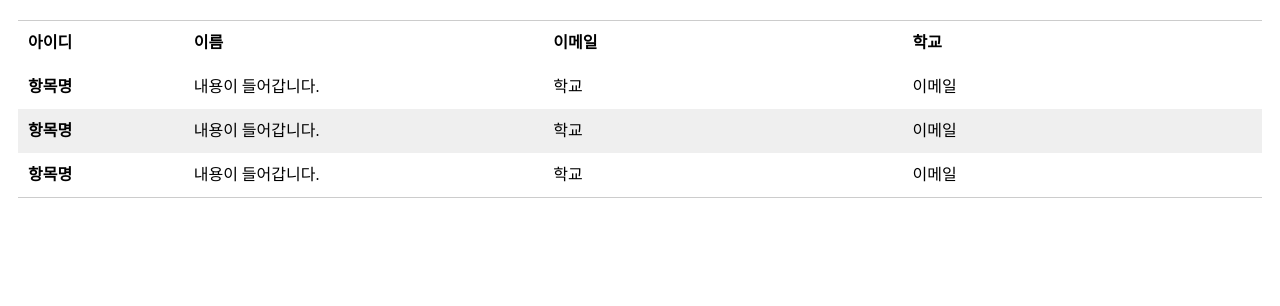
Repository: LeeHyukJe/LHJ
Page: http://localhost/mybbs/mybbs/member_list.jsp
An editor plug-in stored every save of this project. The page is shown before and after the next save, followed by the edit.
The browser window is 1280 px wide. The pictures show the whole page.
The page is served by Tomcat 9. Other server files are loaded and not shown.

Above is the page before, as saved 2017-09-25 00:35:53.

### mybbs/WebContent/mybbs/member_list.jsp
<%@ page language="java" contentType="text/html; charset=UTF-8"
    pageEncoding="UTF-8"%>
<!DOCTYPE html PUBLIC "-//W3C//DTD HTML 4.01 Transitional//EN" "http://www.w3.org/TR/html4/loose.dtd">
<html>
<head>
<link rel="stylesheet" href="list.css">
<meta http-equiv="Content-Type" content="text/html; charset=UTF-8">
<title>Insert title here</title>
</head>
<body>
	<table class="type06" align="center">
	<tr>
	<th>아이디</th>
	<th>이름</th>
	<th>이메일</th>
	<th>학교</th>
	</tr>
    <tr>
        <th scope="row">항목명</th>
        <td>내용이 들어갑니다.</td>
        <td>학교</td>
        <td>이메일</td>
    </tr>
    <tr>
        <th scope="row" class="even">항목명</th>
        <td class="even">내용이 들어갑니다.</td>
        <td class="even">학교</td>
        <td class="even">이메일</td>
    </tr>
    <tr>
        <th scope="row">항목명</th>
        <td>내용이 들어갑니다.</td>
        <td>학교</td>
        <td>이메일</td>
    </tr>
</table>

</body>
</html>

### mybbs/WebContent/mybbs/list.css
@charset "UTF-8";
table.type06 {
    border-collapse: collapse;
    text-align: left;
    line-height: 1.5;
    border-top: 1px solid #ccc;
    border-bottom: 1px solid #ccc;
    margin: 20px 10px;
}
table.type06 th {
    width: 150px;
    padding: 10px;
    font-weight: bold;
    vertical-align: top;
}
table.type06 td {
    width: 350px;
    padding: 10px;
    vertical-align: top;
}
table.type06 .even {
    background: #efefef;
}

After the next save:
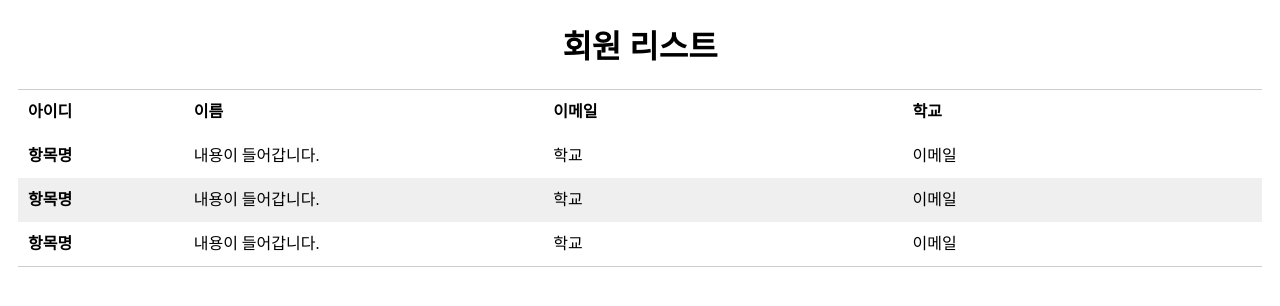
Saved 24 s later.
--- a/mybbs/WebContent/mybbs/member_list.jsp
+++ b/mybbs/WebContent/mybbs/member_list.jsp
@@ -8,6 +8,7 @@
 <title>Insert title here</title>
 </head>
 <body>
+	<h1 align="center">회원 리스트</h1>
 	<table class="type06" align="center">
 	<tr>
 	<th>아이디</th>
